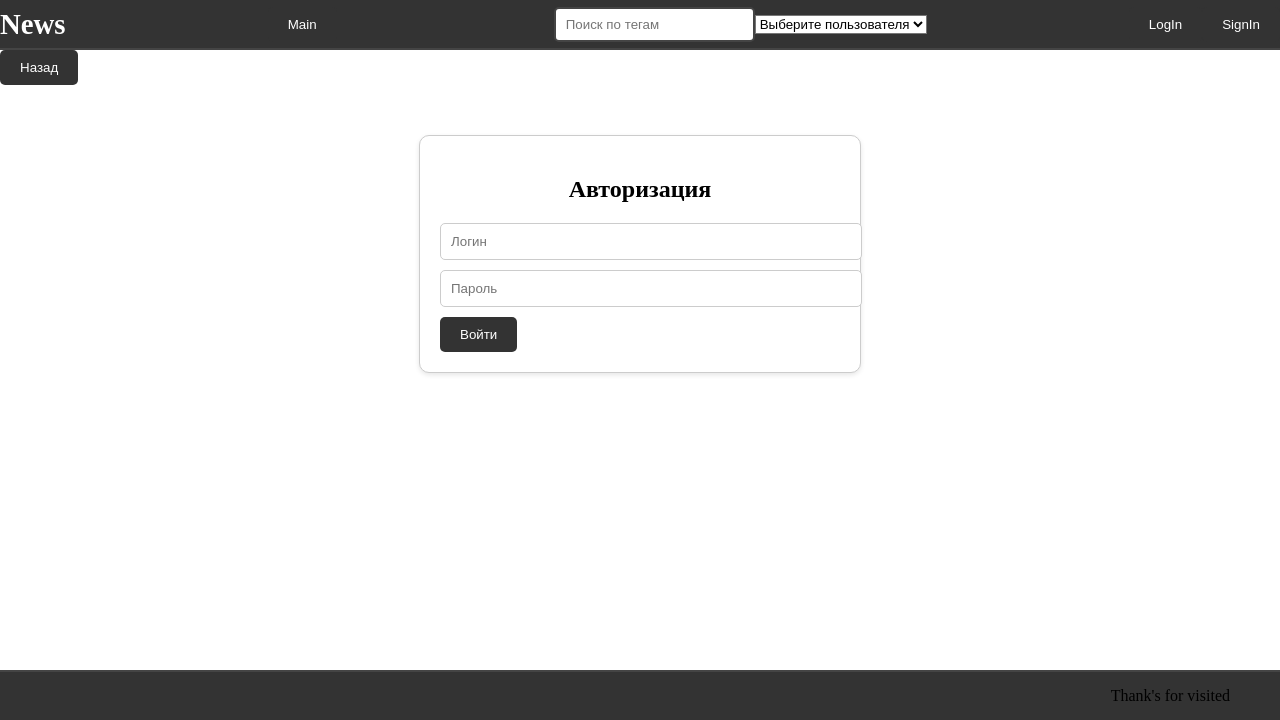
Repository: Igor-Blazhko/news_frontend
Page: /LogIn
These files come from the project's save history. The page is drawn as it stood at one moment and after the next save; the edit follows.
The browser window is 1280 px wide. The pictures show the whole page.
The project was rebuilt for these pictures with package versions that can differ from the ones it lists, and the page was loaded fresh each time. Also part of the build but not shown: vite.config.ts, src/components/allPost/onePost/onePost.module.css, src/components/allPost/onePost/onePost.tsx, src/components/allPost/allPost.tsx, src/components/auth/register/register.tsx, src/components/pageOnePost/comments/comment.tsx, src/components/pageOnePost/comments/comments.tsx, src/components/pageOnePost/OnePost.tsx.

Above is the page before, as saved 2024-07-15 09:49:08.

### src/App.tsx
import Header from './components/header/header'
import AllPost from './components/allPost/allPost'
import Footer from './components/footer/footer'
import LogIn from './components/auth/logIn/login'
import { Page } from './types'
import SignIn from './components/auth/register/register'
import { BrowserRouter, Route, Routes } from 'react-router-dom'
import OnePost from './components/pageOnePost/OnePost'
import { Provider } from 'react-redux'
import { store } from './store'
import { QueryClient, QueryClientProvider } from '@tanstack/react-query'



const queryClient = new QueryClient();

function App() {

  return (
    <Provider store={store}>
      <QueryClientProvider client={queryClient}>
        <BrowserRouter>
        <Header></Header>
          <Routes>
            <Route path="*" element ={ <AllPost/> }/>
            <Route path={Page.LogIn} element ={ <LogIn/> }/>
            <Route path={Page.SignIn} element ={ <SignIn/> }/>
            <Route path={Page.OnePost+'/:id'} element ={ <OnePost/> }/>
          </Routes>
        </BrowserRouter>
        <Footer></Footer>
      </QueryClientProvider>
    </Provider>
  )
}

export default App

### src/index.css
body{
  margin: 0;
  padding: 0;
  width: 100vw;
  min-height: 100vh;
  overflow-x: hidden;
}

main{
  height: calc(100vh - 100px);
}

### src/components/header/header.tsx

import { Link } from 'react-router-dom';
import { Page } from '../../types';
import Button from '../simplyComponents/button/button';
import styles from './header.module.css'
import { ChangeEventHandler, ReactEventHandler, useEffect, useState } from 'react';
import { User } from '../pageOnePost/types/types';
import { useDispatch, useSelector } from 'react-redux';
import { States } from '../../store';
import cooks from '../../basefunction';
import ButtonAuth  from './buttonAuth/buttonAuth';


export default function Header() {
    const [users, setUsers] = useState([ {
        id: 1,
        name: 'igor',
        sername: 'Blazhko',
        login: 'user1',
    }])
    const [change, setChange] = useState(false)
    const [log, setLog] = useState(cooks.getCookie('JWT_token'))


    const filter = useSelector( (state:States) => state.tagfilter)
    const userfilter = useSelector( (state:States) => state.userfilter)
    const JWT = useSelector( (state:States) => state.JWT)
    const dispatch = useDispatch()

    useEffect(() => {
        const users = [
            {
                id: 1,
                name: 'igor',
                sername: 'Blazhko',
                login: 'user1',
            },
            {
                id: 2,
                name: 'igor',
                sername: 'Tokin',
                login: 'user2',
            },
            {
                id: 3,
                name: 'igor',
                sername: 'Lankin',
                login: 'user3',
            },
        ];
        setUsers(users);
        setLog(JWT)
    },[])

    function changeFilter(event:React.ChangeEvent<HTMLInputElement>){
        dispatch({
            type:'Filter',
            buffer: event.target.value,
        })
    }

    function changeUser(event) {
        dispatch({
            type:'setUserFilter',
            userId: +event.target.value,
        })
        if ( +event.target.value ) setChange(true)
        else setChange(false)
    }

    function LogOut(){
        cooks.LogOut()
        dispatch({
            type: 'DelJwt',
        })
    }

    function refreshStateLog(){
        setLog(()=>cooks.getCookie('JWT_token'))
    }
    return (
        <header className={styles.header}>
            <div className={styles.logo}>
                News
            </div>
            <nav>
                <Link to="">
                    <Button>Main</Button>
                </Link>
            </nav>
            <div className={styles.filter}>
                <input type="text" placeholder="Поиск по тегам" onChange={changeFilter}/>
                <select onChange={changeUser} defaultValue="option0">
                    <option value="0">
                        { change? 'Cбросить фильтрацию': 'Выберите пользователя'}
                    </option>
                    {
                        users.map((user:User)=> <option key = {user.id} value={user.id}>{user.name} {user.sername}</option>)
                    }
                </select>
                </div>

                {
                JWT?
                <div className="auth">
                    <Button onClick={LogOut}>LogOut</Button>
                </div>
                :
                <div className="auth">
                    <Link to={Page.LogIn}>
                        <Button onClick={refreshStateLog}>LogIn</Button>
                    </Link>
                    <Link to={Page.SignIn}>
                        <Button onClick={refreshStateLog}>SignIn</Button>
                    </Link>
                </div>
                }
                <ButtonAuth></ButtonAuth>
        </header>
    )
}

### src/components/footer/footer.tsx
import styles from './footer.module.css'

export default function Footer(){
    return(
        <footer className={styles.footer}>
            <div className={styles.text}>Thank's for visited</div>
        </footer>
    )
}

### src/components/auth/logIn/login.tsx
import styles from './login.module.css'
import Button from '../../simplyComponents/button/button'
import { Link, Navigate, redirect, useNavigate } from 'react-router-dom'
import { useRef, useState } from 'react'
import { User } from '../../pageOnePost/types/types'
import SERVER from '../../../dataServer'
import { useDispatch, useSelector } from 'react-redux'
import { States } from '../../../store'
import { Page } from '../../../types'

export default function LogIn(){
    const navigate = useNavigate();
    const [error, setError] = useState({
        status: 200,
        message: '',
        name: '',
    })
    const inpLogin = useRef()
    const inpPass = useRef()
    const JWT = useSelector( (state:States) => state.JWT)
    const dispatch = useDispatch()


    function Log(event){
        event.preventDefault()
        if (!(inpPass.current && inpLogin.current)){
            return
        }
        const body = {
                login: inpLogin.current.value,
                password: inpPass.current.value
        }
       sendUser(body)

    }

    async function sendUser(body) {
        const response = await fetch(SERVER.POST.login, {
            method: 'POST',
            headers:{
                Accept: 'application/json',
                'Content-Type': 'application/json',
            },
            body: JSON.stringify(body)
        })
        const token = await response.json()
        if( 'access_token' in token){
            dispatch({
                type: 'SetJWT',
                JWT: token['access_token'],
            })
            navigate(Page.AllPost)
        }
        else if ( 'status' in token)
            setError(token)
    }
    return (
        <main>
                <Link to="/">
                    <Button>Назад</Button>
                </Link>

            <form className={styles.auth_form}>
                <h2>Авторизация</h2>
                <input type="text" placeholder="Логин" ref={inpLogin} />
                <input type="password" placeholder="Пароль" ref={inpPass}/>
                <Button onClick={Log}>Войти</Button>
            </form>
            { (error.status>=300)? <div> {error.message} </div>: null }
        </main>
    )
}

### src/types.ts
export const enum Page {
    LogIn = 'LogIn',
    SignIn = 'SignIn',
    AllPost = 'AllPost',
    OnePost = 'OnePost',
}

export class ObjectToken {
    private readonly access_token:string;
    constructor(access_token:string){
        this.access_token = access_token;
    }
}

export class HTTPExeption{
    private readonly response:string;
    private readonly status:number;
    private readonly message:string;
    private readonly name:string;
    constructor(response:string, status:number, message:string, name:string){
        this.response = response;
        this.status = status;
        this.message = message;
        this.name = name;
    }
}

### src/store.ts
import { createStore } from '@reduxjs/toolkit'
import cooks from './basefunction';

export interface States{
  tagfilter: string[],
  userfilter: number,
  JWT:string|undefined,
}

const defaultState:States = {
  tagfilter: [],
  userfilter: 0,
  JWT: cooks.getJWT(),
}

type Action = {
  type:string,
  buffer?:string,
  userId?:number,
  JWT?:string,
}
const reducer = (state = defaultState, action:Action) => {
  switch (action.type){
    case 'Filter':
      if (( 'buffer' in action) && (action.buffer !== undefined)) {
        const arr = action.buffer.split(' ');
        state = {...state,
          tagfilter: arr,
        }
      }
      return state;
    case 'setUserFilter':
      if (( 'userId' in action) && (action.userId !== undefined)) {
        state = {...state,
          userfilter: action.userId,
        }
      }
      return state
    case 'SetJWT':
      if ( ('JWT' in action) && (action.JWT !== undefined) ){
        state = {...state,
          JWT: action.JWT,
        }
        cooks.LogIn(action.JWT)
      // document.cookie = `JWT_token=${action.JWT}`
      }
      return state;
    case 'DelJwt':
      state = {
        ...state,
        JWT:'',
      }
      return state;
    default:
      return state;
  }
}

export const store = createStore(reducer)

### src/components/simplyComponents/button/button.tsx
import { MouseEventHandler, ReactNode } from 'react'
import styles from './button.module.css'
type Button = {
    text?:string,
    children?:ReactNode
    onClick?:MouseEventHandler<HTMLButtonElement>
}

export default function Button(props:Button){

    return(
        <button className={styles.button} onClick={props.onClick}>{props.children}</button>
    )
}

### src/components/header/header.module.css
header {
    background-color: #333;
    display: flex;
    justify-content: space-between;
    align-items: center;
    border-bottom: 2px solid #444;
    box-sizing: border-box;
    min-height: 50px;
}

.logo {
    font-size: 1.8em;
    font-weight: bold;
    color: #fff;
}



  .filter {
    display: flex;
    align-items: center;
  }

  .filter input,
  .filterselect {
    padding: 8px 10px;
    margin-left: 15px;
    border: 2px solid #444;
    border-radius: 5px;
    transition: border-color 0.3s ease;
  }

  .filter input:focus,
  .filter select:focus {
    border-color: #888;
  }

  .filter select {
    background-color: #fff;
}

### src/basefunction.ts
import { useDispatch } from "react-redux";

class Cookie {
    getCookie(name:string) {
        let matches = document.cookie.match(new RegExp(
          "(?:^|; )" + name.replace(/([\.$?*|{}\(\)\[\]\\\/\+^])/g, '\\$1') + "=([^;]*)"
        ));
        return matches ? decodeURIComponent(matches[1]) : undefined;
    }

    setCookie(name:string, value:string, options = {}) {

        options = {
          path: '/',
          // при необходимости добавьте другие значения по умолчанию
          ...options
        };

        if (options.expires instanceof Date) {
          options.expires = options.expires.toUTCString();
        }

        let updatedCookie = encodeURIComponent(name) + "=" + encodeURIComponent(value);

        for (let optionKey in options) {
          updatedCookie += "; " + optionKey;
          let optionValue = options[optionKey];
          if (optionValue !== true) {
            updatedCookie += "=" + optionValue;
          }
        }

        document.cookie = updatedCookie;
    }

    deleteCookie(name:string) {
        this.setCookie(name, "", {
          'max-age': -1
        })
    }

    getJWT(){
        return this.getCookie('JWT_token')
    }

    LogIn(token:string){
        this.setCookie('JWT_token', token, {
            'max-age': 3600
          } )
    }

    LogOut(){
        this.setCookie('JWT_token', '', {
            'max-age': 3600
          } )
    }
}
const cooks = new Cookie()
export default cooks

### src/components/header/buttonAuth/buttonAuth.tsx
import { useDispatch, useSelector } from "react-redux"
import { States } from "../../../store"
import cooks from "../../../basefunction";

export default function ButtonAuth(){

    const JWT = useSelector( (state:States) => state.JWT);
    const dispatch = useDispatch();

    function LogOut(){
        cooks.LogOut()
        dispatch({
            type: 'DelJwt',
        })
    }

    return (
        <>
        </>
    )
}

### src/components/allPost/allPost.module.css

main {
    display: flex;
    flex-direction: column;
    row-gap: 25px;
  }

### src/components/footer/footer.module.css
footer {
    width: 100vw;
    background-color: #333;
    min-height: 50px;
    border-top: 2px solid #444;
    display: flex;
    justify-content: flex-end;
    align-items: center;
    box-sizing: border-box;
}

.text{
    margin-right: 50px;
}

### src/components/auth/logIn/login.module.css
.auth_form {
    background-color: #fff;
    padding: 20px;
    border: 1px solid #ccc;
    border-radius: 10px;
    max-width: 400px;
    margin: 50px auto;
    box-shadow: 0 2px 5px rgba(0,0,0,0.1);
    animation: slideIn 0.5s ease-in-out;
  }

  .auth_form h2 {
    text-align: center;
    margin-bottom: 20px;
    font-size: 1.5em;
  }

  .auth_form input {
    width: 100%;
    padding: 10px;
    margin-bottom: 10px;
    border: 1px solid #ccc;
    border-radius: 5px;
    transition: border-color 0.3s ease;
  }

  .auth_form input:focus {
    border-color: #888;
  }

.red{
  border: 2px solid red;
  background-color: rgba(245, 0, 0, 0.555);
}

### src/dataServer.ts


const SERVER = {
    base: 'http://192.168.3.37:5000/',
    POST: {
        register: 'http://127.0.0.1:5000/auth/registration',
        login: 'http://127.0.0.1:5000/auth/login',
    }
}
export default SERVER;

### src/components/pageOnePost/OnePost.module.css
main{
  display: block;
}
.post_content_full {
    display: flex;
    flex-direction: column;
    align-items: center;
    text-align: center;
    animation: slideIn 0.5s ease-in-out;
  }

  .post_image {
    width: 150px;
    height: 150px;
    margin-bottom: 20px;
  }

  .post_title_full {
    font-size: 2em;
    margin-bottom: 20px;
  }

  .post_text_full {
    font-size: 1.2em;
    margin-bottom: 40px;
  }

  .comments {
    background-color: #fff;
    padding: 20px;
    border: 1px solid #ccc;
    border-radius: 10px;
    margin-top: 20px;
  }



  .comments h3 {
    font-size: 1.5em;
    margin-bottom: 10px;
  }

  .comment {
    margin-bottom: 10px;
    padding: 10px;
    border: 1px solid #ccc;
    border-radius: 5px;
    background-color: #fafafa;
  }

  .comment p {
    font-size: 1.2em;
  }

  .comment_form {
    margin-top: 20px;
  }

  .comment_form textarea {
    width: 100%;
    padding: 10px;
    margin-bottom: 10px;
    border: 1px solid #ccc;
    border-radius: 5px;
    resize: vertical;
    transition: border-color 0.3s ease;
  }

  .comment_form textarea:focus {
    border-color: #888;
  }

  .comment_form button {
    padding: 10px;
    border: none;
    border-radius: 5px;
    background-color: #333;
    color: #fff;
    cursor: pointer;
    transition: background-color 0.3s ease, transform 0.3s ease;
  }

  .comment_form button:hover {
    background-color: #444;
    transform: translateY(-3px);
  }

### src/components/simplyComponents/button/button.module.css
.button {
    padding: 10px 20px;
    background-color: #333;
    color: #fff;
    border: none;
    border-radius: 5px;
    cursor: pointer;
    transition: background-color 0.3s ease, transform 0.3s ease;
    text-decoration: none;
}

.button:hover {
    background-color: #444;
    transform: translateY(-3px);
}

Loaded but not shown: index.html (common file); src/main.tsx (common file)

After the next save:
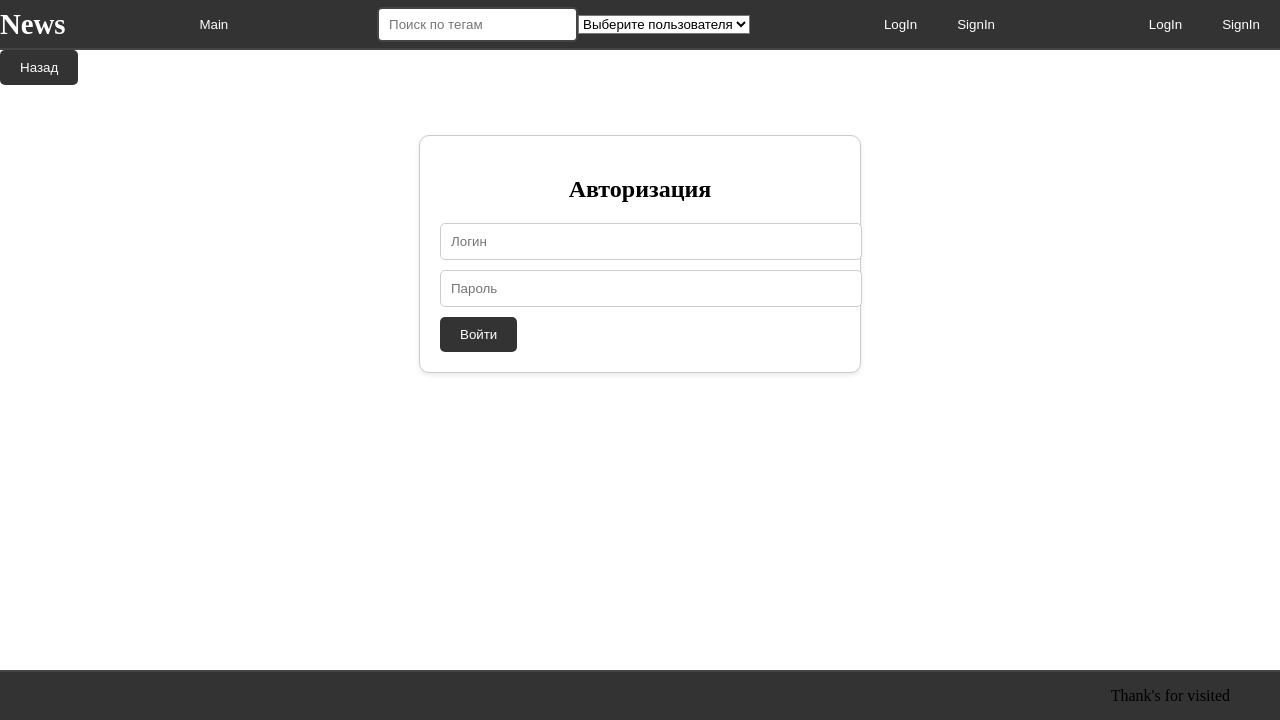
Saved 36 s later.
--- a/src/components/header/buttonAuth/buttonAuth.tsx
+++ b/src/components/header/buttonAuth/buttonAuth.tsx
@@ -1,6 +1,9 @@
 import { useDispatch, useSelector } from "react-redux"
 import { States } from "../../../store"
 import cooks from "../../../basefunction";
+import Button from "../../simplyComponents/button/button";
+import { Link } from "react-router-dom";
+import { Page } from "../../../types";
 
 export default function ButtonAuth(){
 
@@ -16,6 +19,21 @@ export default function ButtonAuth(){
 
     return (
         <>
+            {
+                JWT?
+                <div className="auth">
+                    <Button onClick={LogOut}>LogOut</Button>
+                </div>
+                :
+                <div className="auth">
+                    <Link to={Page.LogIn}>
+                        <Button>LogIn</Button>
+                    </Link>
+                    <Link to={Page.SignIn}>
+                        <Button>SignIn</Button>
+                    </Link>
+                </div>
+                }
         </>
     )
 }

After the 2 saves that followed:
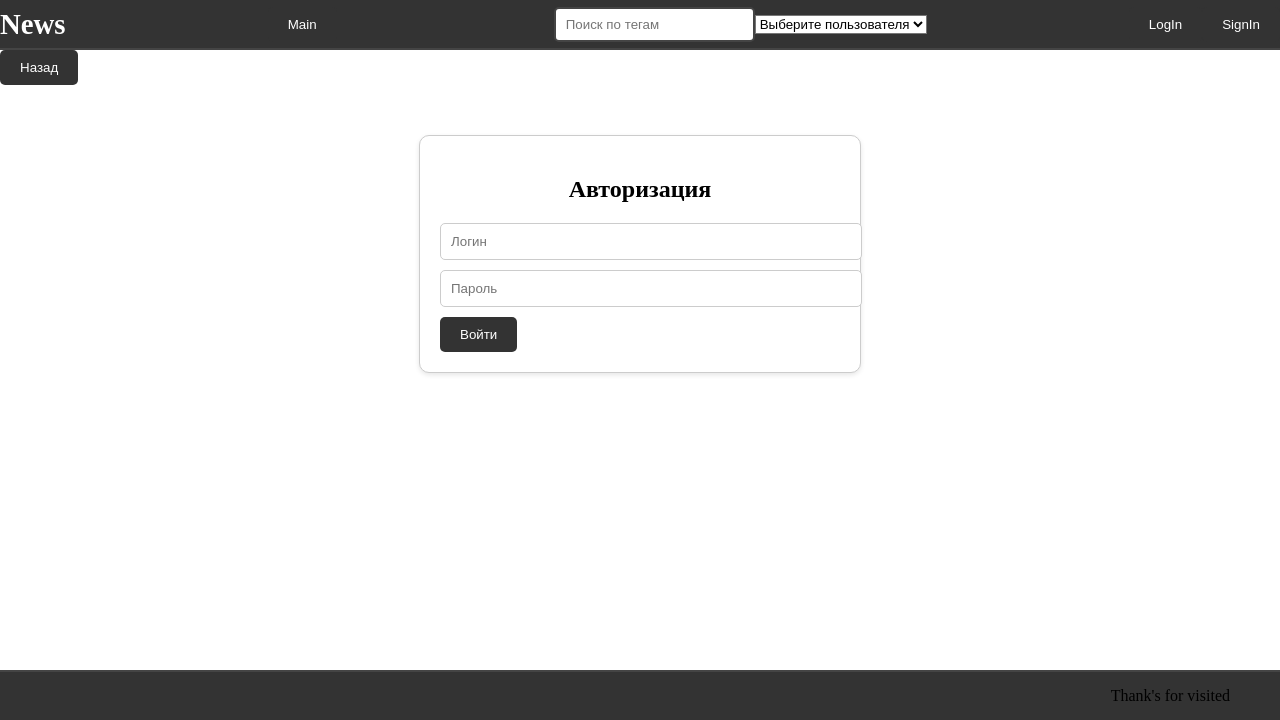
The 2 saves are shown as one change because they came seconds apart.
The last was saved 18 s later.
--- a/src/components/header/header.tsx
+++ b/src/components/header/header.tsx
@@ -100,22 +100,8 @@ export default function Header() {
                 </select>
                 </div>
 
-                {
-                JWT?
-                <div className="auth">
-                    <Button onClick={LogOut}>LogOut</Button>
-                </div>
-                :
-                <div className="auth">
-                    <Link to={Page.LogIn}>
-                        <Button onClick={refreshStateLog}>LogIn</Button>
-                    </Link>
-                    <Link to={Page.SignIn}>
-                        <Button onClick={refreshStateLog}>SignIn</Button>
-                    </Link>
-                </div>
-                }
-                <ButtonAuth></ButtonAuth>
+
+                <ButtonAuth/>
         </header>
     )
 }
